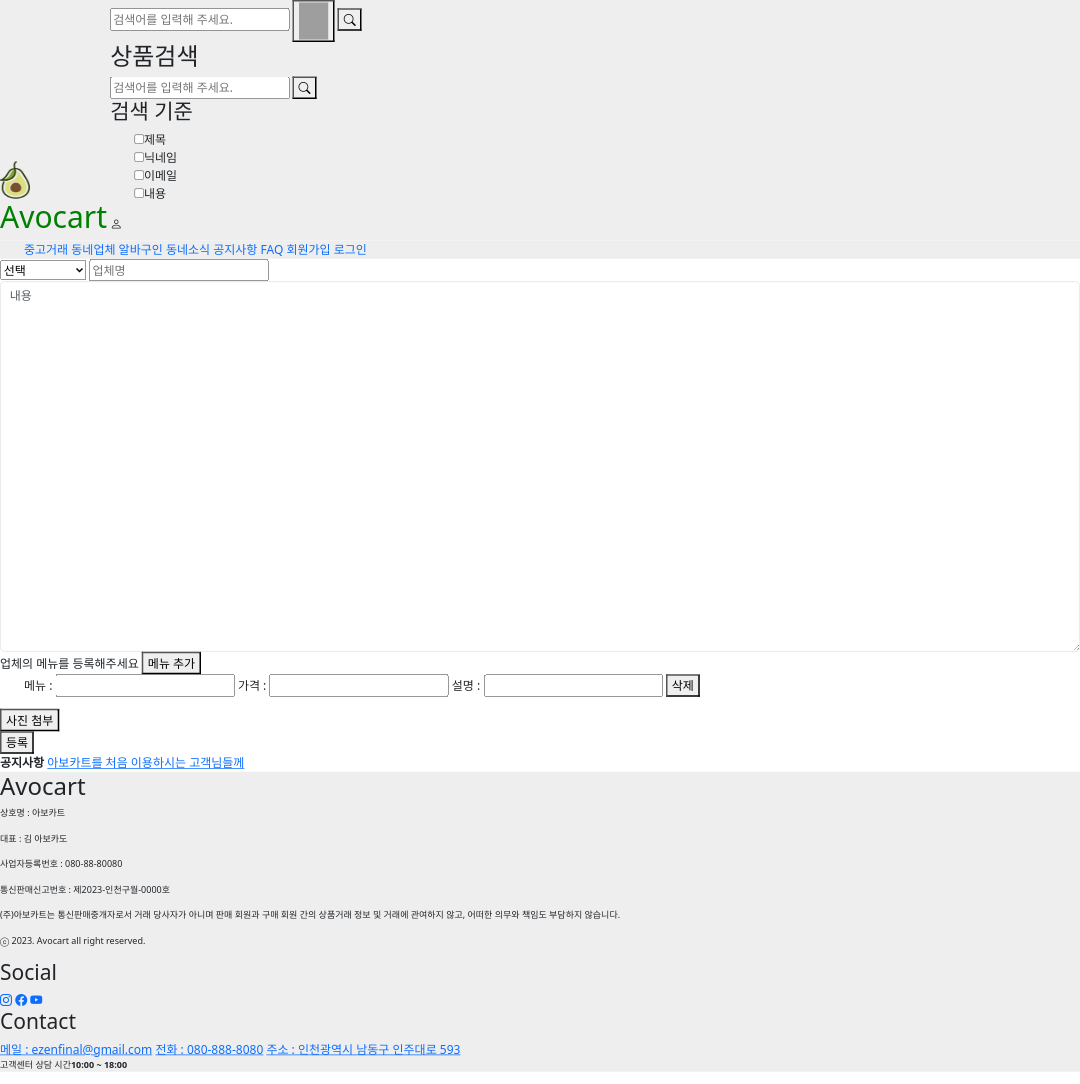
Repository: kimms0311/finalProject
Page: http://localhost/finalProject/WEB-INF/views/store/register.jsp
These files come from the project's save history. The page is drawn as it stood at one moment and after the next save; the edit follows.
The browser window is 1280 px wide. The page is 1440 px wide, so the pictures cover 1440 px, including what lies to the right of the window. The pictures show the whole page, at 75% of full size.
Pictures or frames that could not be fetched are drawn as grey boxes. The page is served by Tomcat 9. Nobody is signed in. The template is opened directly, without the code that normally fills it, so the values that code supplies are empty.

Above is the page before, as saved 2023-11-24 07:55:45.
Console error: TypeError: Cannot read properties of null (reading 'addEventListener')

After the next save:
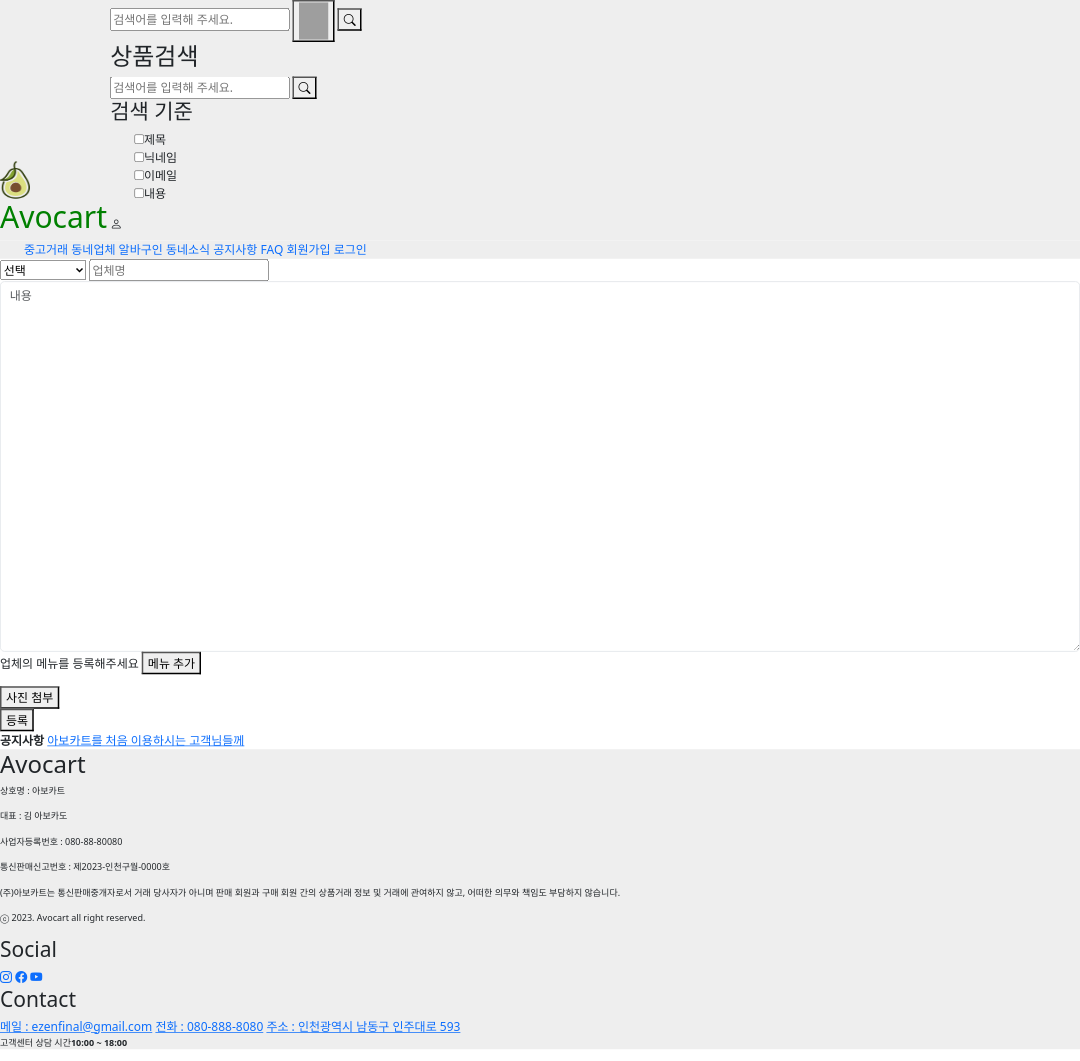
Saved 18 s later.
--- a/finalProject/src/main/webapp/WEB-INF/views/store/register.jsp
+++ b/finalProject/src/main/webapp/WEB-INF/views/store/register.jsp
@@ -50,12 +50,12 @@ padding-left 수정
 업체의 메뉴를 등록해주세요
 <button type="button" id="addMenu">메뉴 추가</button>
 <ul id="menuList">
-<li>
+<!-- <li>
 메뉴 : <input type="text" name="strMenu" id="menu" >
 가격 : <input type="text" name="strPrice" id="price">
 설명 : <input type="text" name="strExplain" id="explain">
 <button type="button" id="delMenu">삭제</button>
-</li>
+</li> -->
 </ul>
 </div>
 
